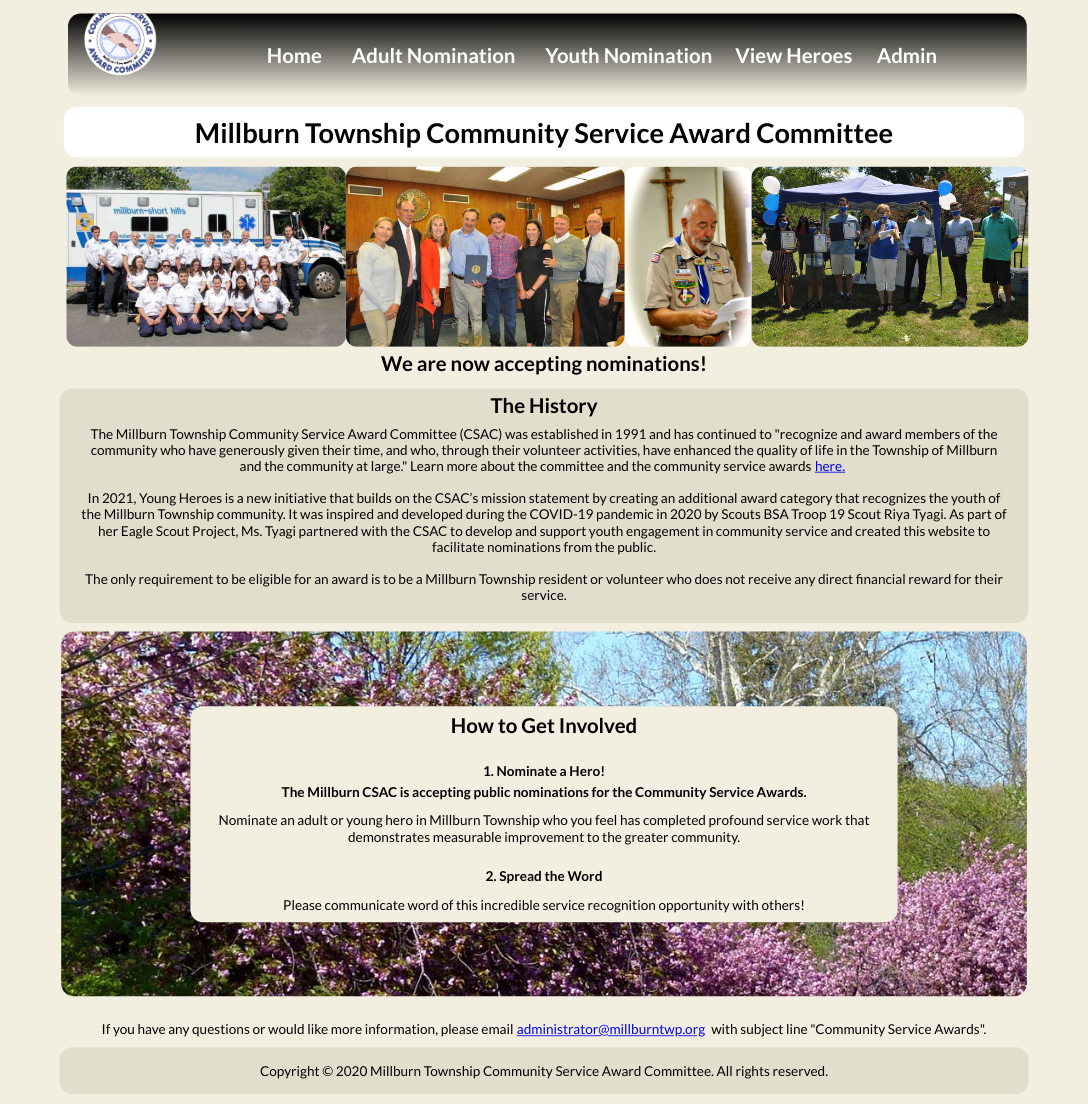
Repository: Centrattic/CSAC
Page: http://localhost/Frontend/home.php
The author's editor kept a copy of each file at every save. The page is drawn from the files as they stood at one save, then again after the next save.
The browser window is 1280 px wide. The pictures show the whole page, at 85% of full size.
The page is run by PHP 8.4 with error messages shown; the project is at /var/www/html/.

Above is the page before, as saved 2020-12-28 13:32:34.

### Frontend/home.php
<?php
require '../Backend/functions.php';
session_start();
?>

<html>
  <head>
    <link href="https://fonts.googleapis.com/css2?family=Lato:ital,wght@0,400;0,700;1,300;1,400&display=swap" rel="stylesheet">
    <link href="../CSS/home.css" rel="stylesheet" type="text/css" />
    <link rel="shortcut icon" type="image/png" href="../Images/CSAClogo.png"/>
    <link rel="stylesheet" href="https://cdnjs.cloudflare.com/ajax/libs/font-awesome/4.7.0/css/font-awesome.min.css">
    <title> Community Service Award Committee Homepage </title>


    <link rel = "stylesheet" href = "../CSS/navbar.css">
  </head>

  <body>


  <?php
      navbar();
  ?>

    <!--<h4> This website is affiliated with the Millburn Township Community Service Award Committee. </h4> -->
    <!--Banner/Header : history of CSAC , Ok describe that on website ::: incorporate thios is new initative but builds on previous initiative, came up on time of COVID, instead of "THE IMPORTANCE OF RECOGNIING YOUTH VOLUNTEERS -->
    <!-- Delete Mission Statement - JUst describe CSAC Iniative  ======================= OUR HISTORY, with the onset of COVID -- do this....

    Community Service Award OverView and Now YOUNG HEROES

    ALL NEEDED IS TO BE A MILLBURN TOWNSHIP RESIDENTs-->


    <h1 id = "homepagetitle"> Millburn Township Community Service Award Committee </h1>

    <div id = "homepicgrid">
      <img src = "../Images/itsquad.jpg" alt = "Millburn IT Squad">
      <img src = "../Images/millburncsac.jpg" alt = "Award Winners">
      <img src = "../Images/fineran.jpg" alt = "Ken Fineran">
      <img src = "../Images/millburnhome.jpg" alt = "Award Receiving Event">
    </div>




    <h2> We are now accepting nominations!</h2>

    <!--<div id = "hometextgrid">
      <div>
        <h2> The Importance of Recognizing Youth Volunteers </h2>
        <p>Today’s youth are taking charge of environmental and social reforms,
          and they deserve credit and appreciation where it’s due. Up to 55% of youth
          actively participate in service, be it through school or other organizations, but they
          have gone severely underrepresented of late. By commending their efforts, more youth will be
          inspired to volunteer their time towards the community and the nation as a whole. Youth Service
          America reminds us that adolescent brains in particular offer creative solutions to problems,
          unaffected and unaware to the nonanswers common of some, older brains. They provide fresh outlooks
          and ideas that would otherwise go unthought of. Youth service is mutually beneficial to both the
          community and the youth in question; it has also been shown to improve success in the workforce
          and academics in later life with early leadership foundations, as well as fostering positive
          development traits and cosmopolitan mindsets. Some youth lack the incentive -the drive- to
          go out and make a difference, which is why it is vital for them to have an outlet of support and recognition.  </p>
      </div>
      <div>
        <h2> Our Mission Statement </h2>
        <p> The mission of the Young Heroes is to recognize Millburn/Short Hills youth for their contributions,
          to promote community service and good citizenship, to positively impact the community, and to
          give hope and inspiration to others, especially during difficult times such as COVID-19.
          This will be accomplished through a nomination process, verification, parental approval, and
          a final posting to the Millburn Township Young Heroes webpage. The posts will summarize the Young hero’s work
           and qualify them for an annual award given to the two heroes (and runners-ups) who demonstrate the most profound
          service and dedication to the Township, specific cause, and/or the community as a whole.
        </p>
      </div>
    </div>

    and who, through their volunteer activities, have enhanced the quality of life in the Township of Millburn
        and the community at large.”

        who acknowledged the impact of the service work many youth had done to help alleviate
        the effects of the pandemic.

    -->

    <div id = "CSAChistory">
      <h2> The History </h2>
      <p> The Millburn Township Community Service Award Committee (CSAC) was established in 1991 and has continued to "recognize and award members of the community who have
        generously given their time, and who, through their volunteer activities, have enhanced the quality of life in the Township of Millburn and the community at large."
        Learn more about the committee and the community service awards<a href = "https://twp.millburn.nj.us/188/Community-Service-Award-Committee">here.</a>
        <br> <br>In 2021, Young Heroes is a new initiative that builds on the CSAC’s mission statement by creating an additional award category that recognizes the youth of the Millburn Township community.
         It was inspired and developed during the COVID-19 pandemic in 2020 by Scouts BSA Troop 19 Scout Riya Tyagi. As part of her Eagle Scout Project, Ms. Tyagi partnered with the CSAC to develop and support
          youth engagement in community service and created this website to facilitate nominations from the public. <br> <br> The only requirement to be eligible for an award is to be a Millburn Township resident or volunteer who does not receive any direct financial reward for their service.
      </p>
    </div>

    <div id = "getinvolved">
          <div id = "nominateahero">
            <h2> How to Get Involved</h2>
            <br>
              <h3> 1. Nominate a Hero!</h3>
              <h4> The Millburn CSAC is accepting public nominations for the Community Service Awards.</h4>
                <p> Nominate an adult or young hero in Millburn Township who you feel has completed profound service work that demonstrates measurable improvement to the greater community. <br><p>
               <h3>  2. Spread the Word </h3> <p>Please communicate word of this incredible service recognition opportunity with others!</p>
               <!--<h3> 3. <a href = "https://forms.gle/pbJxUtVEzWF9bCSh6"> Volunteer </a></h3>  <p> Millburn Township Young Heroes is an Eagle Scout Project by Riya Tyagi of Troop 19. Volunteer to help her out! </p> -->
               <!-- <h3> 4.<a href = "https://gf.me/u/y3cpyf">Donate</a> </h3> <p> Donate to recognize heroes and their causes. We are very grateful for all donations. All money received will be used to purchase bronze
                  plaques to recognize winners of the awards and to handle the costs of advertising and creating a website. Any extra funds will be donated to the CSAC for future use.</li>
                </p>  -- Put this in explanation of Project --- part of narrative, footer  NICE

                Any youth nominee will also
                become a member of the inaugural class of Youth Heroes award winners.
                                The committee will be accepting nominations at all times of the year.-->
            </div>
    </div>

      <!--<div id = "impact">
        <h2> Our Impact</h2>
        <h3> ____ Youth Heroes Recognized </h3>
        <h3> ____ Adult Heroes Recognized </h3>
        <h3> ____ Awards Given</h3>
      </div>-->

    <h4 style = "width: 80%; margin: 0 auto;"> </h4>

    <br>

    <p> If you have any questions or would like more information, please email<a href = "mailto:administrator@millburntwp.org">administrator@millburntwp.org</a> with subject line "Community Service Awards".</p>


     <?php
      footer();
     ?>





</body>
</html>

### CSS/home.css
* {
    text-align: center;
    padding: 2px;
    margin: 2px;
    font-family: 'Lato', sans-serif;
    border-radius: 15px;

}

body {
    background-color: #F2EFE1;

}

h2 {
    font-size: 1.5em;
    padding: 5px;
}

#homepicgrid {
    display: grid;
    width: auto;
    height: 30%;
    grid-template-columns: auto auto auto auto;
    grid-template-rows: auto;
}

#homepicgrid img {
    height: 100%;
    min-height: 100%;
    object-fit: cover;
    width: 100%;
}


#homepagetitle {
    font-size: 2em;
    width: auto;
    background-color: white;
    padding: 10px;
    margin: 5px;
}



#hometextgrid {
    display: grid;
    width: auto;
    margin: 0 auto;
    grid-template-columns: auto auto auto;
    grid-template-rows: auto auto;
}

#hometextgrid div {
    background-color: #E2DECC;
    padding: 20px;
}


#CSAChistory {
    background-color: #E2DECC;
    padding: 20px;
    padding-top: 0;
    margin: 10px 0;
}
#impact {
    background-color: white;
    width: 35%;
    margin: 2% auto;
    border: 10px solid transparent;
    border-image: url("../Images/borderhome.jpg") 30 round !important;
}

#impact h3 {
    margin: 15%;
}


#getinvolved {
    background-image: url("../Images/millburnblossoms.jpg");
    height: 60%;
    display: flex;
    align-items: center;
    justify-content: center;
}

#nominateahero {
    width: 70%;
    padding: 0 20px;
    background-color:  #F2EFE1;
}

#getinvolved p {
    margin: 10px;
}

button {
    font-size: 1em;
}

### CSS/navbar.css
* {
    text-align: center;
    padding: 2px;
    margin: 2px;
    font-family: 'Lato', sans-serif;
    font-size: 1em;
}

body {
    background-color: #F2EFE1;
}

#logo {
    display: inline-flex;
    align-items: end;
    justify-content: center;
    width: 10%;
    float: left;
    height: 10%;
 }

#logo img {
  width: 85px;
  height: 85px;
}


.menu-area li{
    display: inline;
    color: white;
    font-weight: bold;
    font-size: 1.5em;
    padding-bottom: 10px;
}

.menu-area .non-dropdown a{
    display: inline-block;
    padding: 30px 10px;
    color: white;
    box-sizing: border-box;

}

.menu-area a {
    text-decoration: none;
    color: white;
}

.menu-area .nav-dropdown .dropdown-content li a{
    display: inline-block;
    text-align: center;
    padding: 14px 16px;
    text-decoration: none;
}

.menu-area {
    width: 100%;
    background-image: linear-gradient(black, #F2EFE1);
    overflow: hidden;
    border-radius: 15px;
}

.menu-area .non-dropdown:hover{
    border-radius: 0px;
    border-bottom: 10px solid aliceblue;
}

.menu-area li a {
    box-sizing: border-box;
}

.nav-dropbtn {
    text-decoration: none;
    color: white;
}

/*FIX THIS LATER*/


#logout {
    all: unset;
}

body {
    margin: 0 5%;
}

/* ------------------*/



li.nav-dropdown {
    display: inline-block;
}

.dropdown-content {
    display: none;
    position: absolute;
    background-color: #f9f9f9;
    min-width: 150px;
    box-shadow: 0px 8px 16px 0px rgba(0,0,0,0.2);
    z-index: 1;

}

.dropdown-content a {
    color: black;
    padding: 12px 16px;
    text-decoration: none;
    display: block;
    font-size: .9em;
    text-align: left;
}


.dropdown-content a:hover {
    background-color: #f1f1f1;
}


.nav-dropdown:hover .dropdown-content {
    display: block;
    border-radius: 0px;
}


/* Footer*/



.site-footer {
    background-color: #E2DECC;
      text-align: center;
      margin: 10px 0;
      padding: 10px 0;
  }

  #social-wrapper {
      text-align: center;
  }

  /*Social Media Icons*/
  .social-wrapper {
      text-align: center;
  }

  .social-wrapper ul li {
      display: inline;
      margin: 0 5px;
  }

  .twitter-icon,
  .facebook-icon,
  .instagram-icon,
  .linkedin-icon,
  .googleplus-icon,
  .youtube-icon,
  .foursquare-icon{
      margin-top: .625em;
      width: 40px;
      height: 40px;
      opacity: .6;
      filter: alpha(opacity=60); /* For IE8 and earlier */
    border-radius: 25px;
  }

  .twitter-icon:hover,
  .facebook-icon:hover,
  .instagram-icon:hover,
  .linkedin-icon:hover,
  .googleplus-icon:hover,
  .youtube-icon:hover,
  .foursquare-icon:hover {
      opacity: 1.0;
      filter: alpha(opacity=100); /* For IE8 and earlier */
  }

  .footer-nav p {
      text-align: center;
  }

Loaded but not shown: Backend/functions.php (865 lines, source omitted)

After the next save:
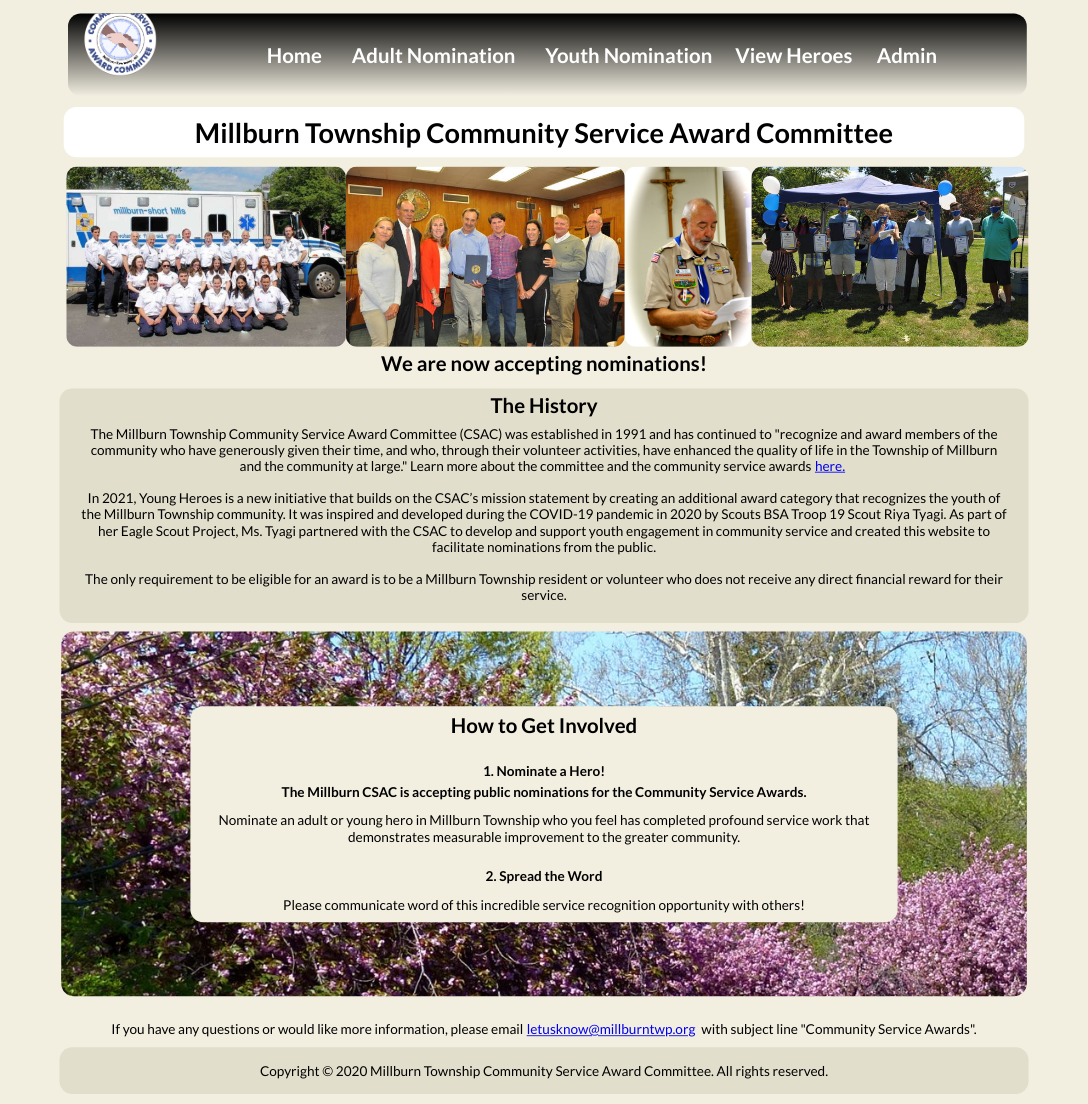
Saved 5 h 6 min later.
--- a/Frontend/home.php
+++ b/Frontend/home.php
@@ -123,7 +123,7 @@
 
     <br>
 
-    <p> If you have any questions or would like more information, please email<a href = "mailto:administrator@millburntwp.org">administrator@millburntwp.org</a> with subject line "Community Service Awards".</p>
+    <p> If you have any questions or would like more information, please email<a href = "mailto:letusknow@millburntwp.org">letusknow@millburntwp.org</a> with subject line "Community Service Awards".</p>
 
 
      <?php
